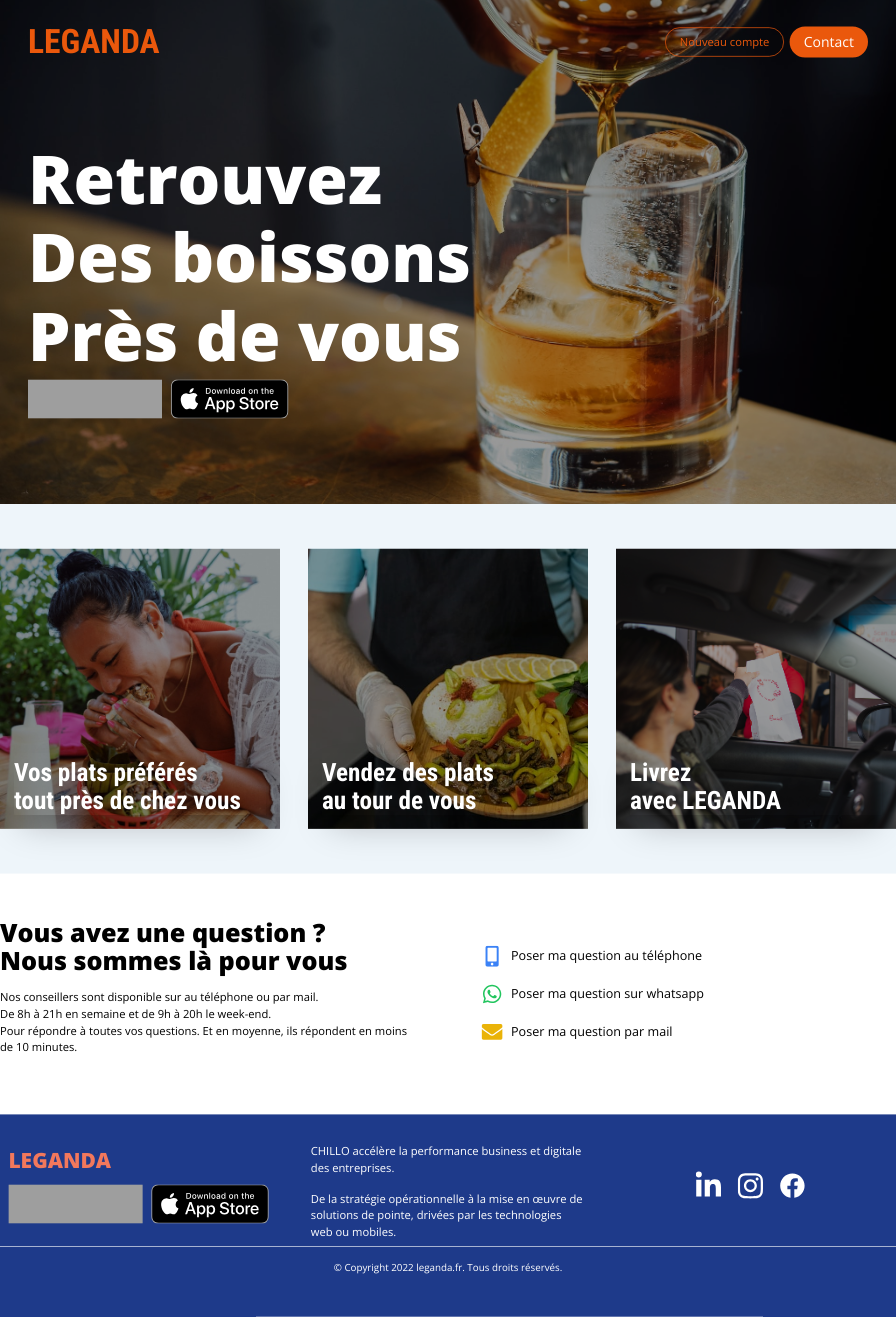
Repository: chillo-tech/website-leganda
Page: /
These files come from the project's save history. The page is drawn as it stood at one moment and after a run of saves; the edit follows.
The browser window is 1280 px wide. The pictures show the whole page, at 70% of full size.
Pictures or frames that could not be fetched are drawn as grey boxes. The project was rebuilt for these pictures with package versions that can differ from the ones it lists, and the page was loaded fresh each time. Some packages were replaced by stand-ins written for this rebuild. The framework's server and built-in components were replaced by stand-ins that run in the browser. Also part of the build but not shown: next.config.js, components/header/items/SearchBar.tsx.

Above is the page before, as saved 2023-02-09 08:39:40.

After the next 2 saves:
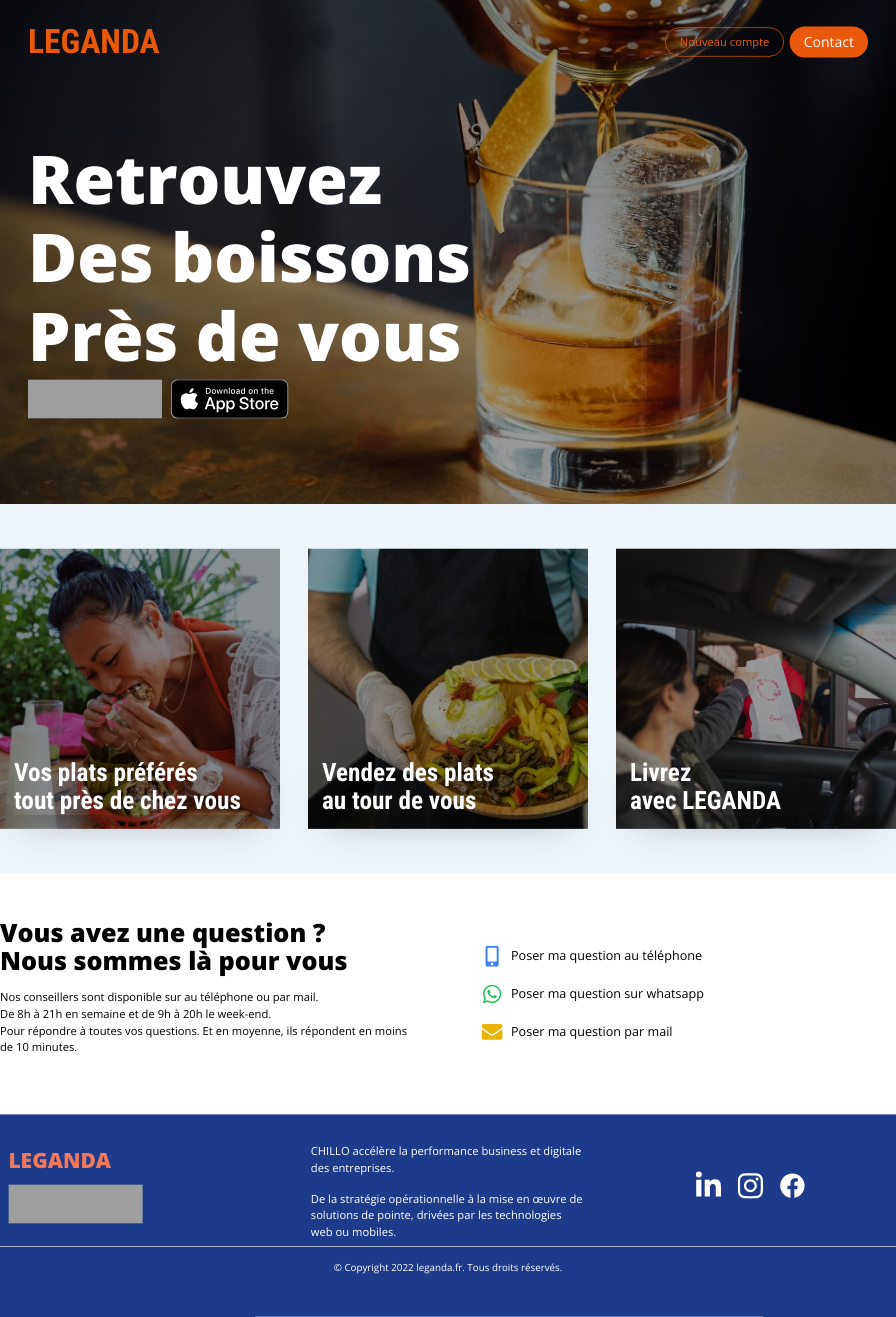
The 2 saves are shown as one change because 1 did not build or start.
The last was saved 58 min 55 s later.
--- a/components/footer/Footer.tsx
+++ b/components/footer/Footer.tsx
@@ -13,7 +13,7 @@
               <Link href='/' className='mb-5 color-site-orange uppercase font-extrabold text-3xl'>LEGANDA
               </Link>
               <p className="flex py-4 items-center justify-center md:justify-start">
-                {STORES.map((item: any, index: number) => (
+                {STORES.filter((item: any) => item.active).map((item: any, index: number) => (
                     <Link
                         href="#"
                         target="_blank"
